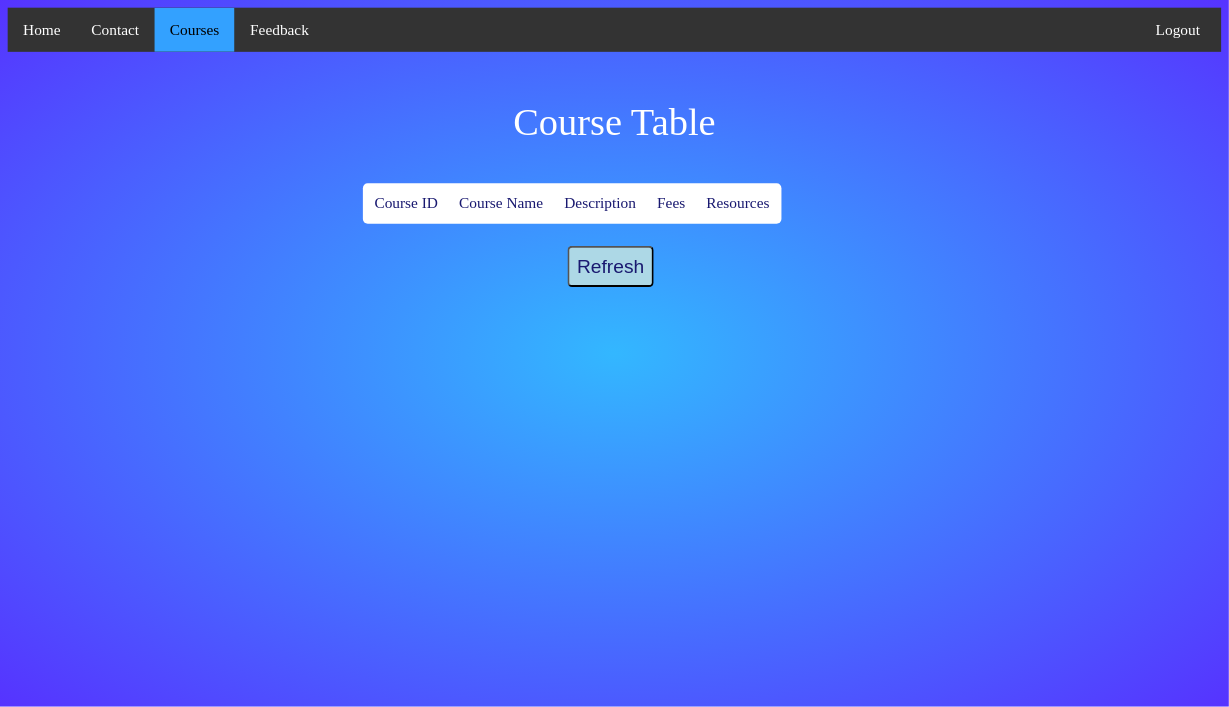
Repository: ShreyasG27/Amdocs-Training
Page: http://localhost/e-learning-frontend/courseuser.jsp
The author's editor kept a copy of each file at every save. The page is drawn from the files as they stood at one save, then again after the next save.
The browser window is 1280 px wide. The pictures show the whole page, at 96% of full size.
The page is served by Tomcat 9. Other server files are loaded and not shown. Queries for data that is not in the repository find no rows.

Above is the page before, as saved 2021-08-24 11:32:02.

### e-learning-frontend/src/main/webapp/courseuser.jsp
<%@ page language="java" contentType="text/html; charset=ISO-8859-1"
    pageEncoding="ISO-8859-1"%>
           <%@ page import="java.sql.*" %>
<%@ page import="java.io.*" %>
<!DOCTYPE html PUBLIC "-//W3C//DTD HTML 4.01 Transitional//EN" "http://www.w3.org/TR/html4/loose.dtd">
<html>
<head>
<meta http-equiv="Content-Type" content="text/html; charset=ISO-8859-1">
<title>Course Page</title>
<style>
body{
	background-image: radial-gradient(#33B7FF,#5633ff);
	color: white;
	height: 100vh;
}
.heading{
font-size:40px;
margin-top: 50px;
}
.submitbutton{
	margin-left:580px;
	padding:8px;
	font-size:20px;
	color: midnightblue;
	background-color:lightblue;
	border-radius:5px;
	margin-top: 20px;
}
.submitbutton:hover{
	margin-left:580px;
	padding:8px;
	font-size:20px;
	color: midnightblue;
	background-color:cyan;
	border-radius:5px;
	margin-top: 20px;
}
.deletebutton{
	margin-left:500px;
	padding:8px;
	font-size:20px;
	color: midnightblue;
	background-color:lightblue;
	border-radius:5px;
	margin-top: 20px;
}
.deletebutton:hover{
	margin-left:500px;
	padding:8px;
	font-size:20px;
	color: midnightblue;
	background-color:cyan;
	border-radius:5px;
	margin-top: 20px;
}
.inputfld{
	margin-left: 430px;
	padding: 5px;
	broder-radius:10px;
	font-size:12px;
	width:30%;
}
.inputfld1{
	margin-left: 420px;
	padding: 5px;
	broder-radius:10px;
	font-size:12px;
	width:30%;
}
.inputfld2{
	margin-left: 438px;
	padding: 5px;
	broder-radius:10px;
	font-size:12px;
	width:30%;
}
.txtfld{
	font-size:20px;
	margin-left:440px;
}
ul {
  list-style-type: none;
  margin: 0;
  padding: 0;
  overflow: hidden;
  background-color: #333;
  width:100%;
}

li {
  float: left;
}

li a {
  display: block;
  color: white;
  text-align: center;
  padding: 14px 16px;
  text-decoration: none;
}

li a:hover:not(.active) {
  background-color: #111;
}

.active {
  background-color: #33A1FF;
  color: black;
}
.tableedit{
	margin-left:370px;
	border-radius:5px;
	background-color:white;
}
</style>
</head>
<body>
<ul>
<li><a href="afteruserlogin.jsp">Home</a></li>
  <li><a href="contact.jsp">Contact</a></li>
  <li><a class="active" href="courseuser.jsp">Courses</a></li>
  <li><a href="feedback.jsp">Feedback</a></li>
  <li><a href="index.jsp" style="margin-left:850px;">Logout</a></li>
</ul>


<center><p class="heading">Course Table</p></center>
<%
try {
/* Create string of connection url within specified format with machine
name, port number and database name. Here machine name id localhost and
database name is student. */
String connectionURL = "jdbc:mysql://localhost:3306/elearningschema";
// declare a connection by using Connection interface
Connection connection = null;
/* declare object of Statement interface that is used for executing sql
statements. */
Statement statement = null;
// declare a resultset that uses as a table for output data from tha table.
ResultSet rs = null;
// Load JBBC driver "com.mysql.jdbc.Driver"
Class.forName("com.mysql.cj.jdbc.Driver").newInstance();
/* Create a connection by using getConnection() method that takes parameters
of string type connection url, user name and password to connect to database.*/
connection = DriverManager.getConnection(connectionURL, "root", "root");
/* createStatement() is used for create statement object that is used for
sending sql statements to the specified database. */
statement = connection.createStatement();
// sql query to retrieve values from the secified table.
String QueryString = "SELECT * from course";
rs = statement.executeQuery(QueryString);
%>
<TABLE class="tableedit" cellpadding="10" border="0.5" style=" color:midnightblue;">
<TR>
<TD>Course ID</TD>
<TD>Course Name</TD>
<TD>Description</TD>
<TD>Fees</TD>
<TD>Resources</TD>
</TR>
<%
while (rs.next()) {
%>
<TR>
<TD><%=rs.getInt(1)%></TD>
<TD><%=rs.getString(2)%></TD>
<TD><%=rs.getString(3)%></TD>
<TD><%=rs.getInt(4)%></TD>
<TD><%=rs.getString(5)%></TD>

</TR>
<% } %>
<%
// close all the connections.
rs.close();
statement.close();
connection.close();
} catch (Exception ex) {
%>
</font>
<font size="+3" color="red"></b>
<%
out.println("Unable to connect to database.");
}
%>
</TABLE><TABLE>
<TR>
<TD><FORM ACTION="course.jsp" method="get" >
<button class="submitbutton" type="refresh">Refresh</button></TD>
</TR>
</TABLE>
</font>

</body>
</html>

After the next save:
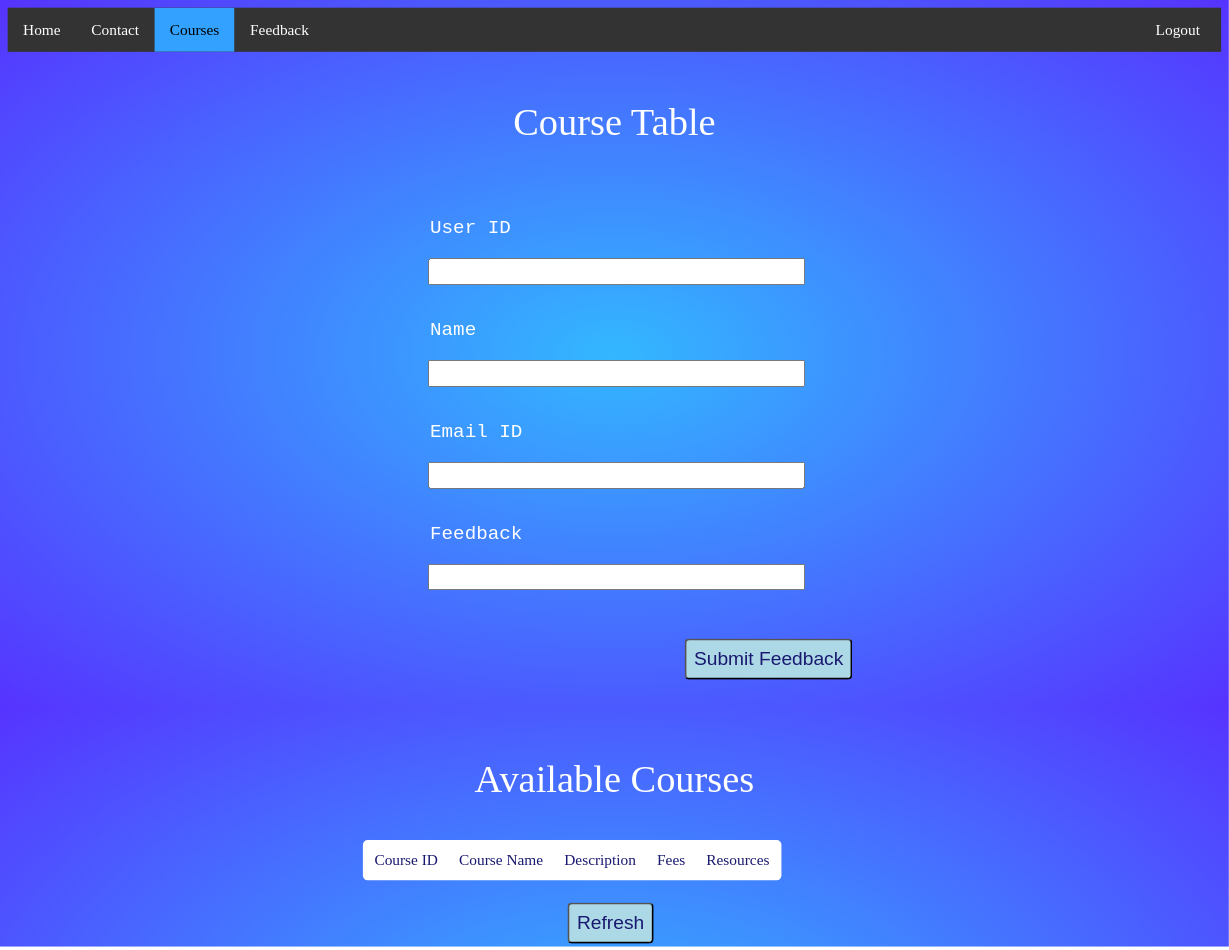
Saved 28 s later.
--- a/e-learning-frontend/src/main/webapp/courseuser.jsp
+++ b/e-learning-frontend/src/main/webapp/courseuser.jsp
@@ -122,9 +122,19 @@ li a:hover:not(.active) {
   <li><a href="feedback.jsp">Feedback</a></li>
   <li><a href="index.jsp" style="margin-left:850px;">Logout</a></li>
 </ul>
-
-
 <center><p class="heading">Course Table</p></center>
+<form action="feedback" method="POST">
+    <pre>
+    <p class="txtfld">User ID</p> <input class="inputfld" type="number" name="userid">
+    <p class="txtfld">Name</p> <input class="inputfld" type="text" name="name">
+    <p class="txtfld">Email ID</p> <input class="inputfld" type="email" name="email">
+    <p class="txtfld">Feedback</p> <input class="inputfld" type="text" name="feedbackmsg"><br>
+
+                <input class="submitbutton" type="submit" value="Submit Feedback"><br>
+    </pre>
+</form>
+
+<center><p class="heading">Available Courses</p></center>
 <%
 try {
 /* Create string of connection url within specified format with machine
